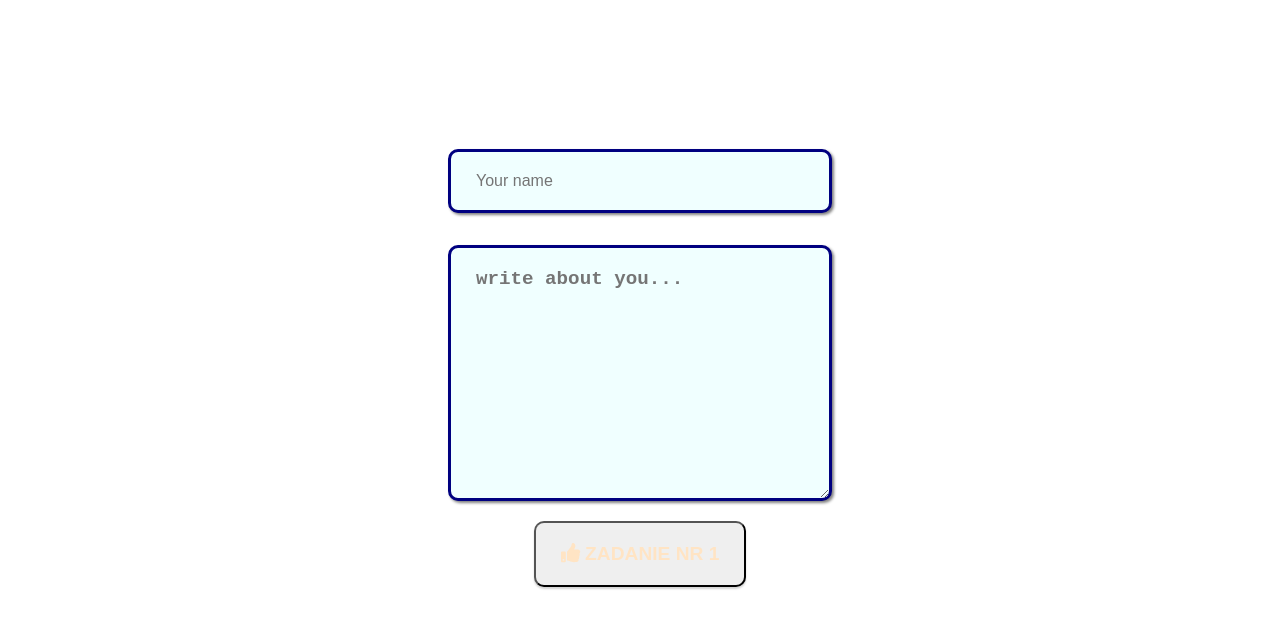
Repository: KrzysKolo/sr_tydzien3_zad_1_2_3
Page: /
The author's editor kept a copy of each file at every save. The page is drawn from the files as they stood at one save, then again after the next save.
The browser window is 1280 px wide. The pictures show the whole page.
The project was rebuilt for these pictures with package versions that can differ from the ones it lists, and the page was loaded fresh each time.

Above is the page before, as saved 2020-11-02 17:47:29.

### src/App.js
import React,  { Component } from 'react';
import { Button, Input, Textarea } from './components/Form'
import { faThumbsUp } from "@fortawesome/free-solid-svg-icons";
import './App.css';

class App extends Component {
  state = {  }

  render() {

    return (
      <div className="app">
        <Input bgColor="azure" color="navy" borderSize="3px" borderRadius="10px" borderColor="navy" placeholder="Your name" />
        <Textarea bgColor="azure" color="navy" borderSize="3px" borderRadius="10px" borderColor="navy" placeholder="write about you..." />
        <Button  bgColor="lucky point" color="bisque" label="Zadanie nr 1" icon={faThumbsUp}/>
      </div>
     );
  }
}

export default App;

### src/components/Form/index.js
export { default as Button} from "./Button";
export { default as Input} from "./Input";
export { default as Textarea} from "./Textarea";

### src/App.css
* {
  padding: 0;
  margin: 0;
  box-sizing: border-box;
}
.app {
  display: flex;
  flex-direction: column;
  justify-content: center;
  align-items: center;
  height: 100vh;
}

### src/components/Form/Button.js
import React from 'react';
import styled from 'styled-components';
import ColorPalet from './../Colors/ColorPalet'
import { FontAwesomeIcon } from '@fortawesome/react-fontawesome';
import { faAngellist } from '@fortawesome/free-brands-svg-icons';

const Button = ({label, color, bgColor, icon}) => {
    const Button = styled.button`
    background-color: ${[bgColor]};
    border-radius: 10px;
    box-shadow: 0px 2px 2px lightgray;
    color: ${[color]};
    cursor: pointer;
    font-weight: bold;
    font-size: 1.2rem;
    outline: 0;
    padding: 20px 25px;
    text-transform: uppercase;
    transition: ease background-color, color 0.6s;
    &:hover {
        background-color: ${[color]};
        color: ${[bgColor]};
    }
    `;
    return (

        <div>
            <Button >
                <FontAwesomeIcon icon={icon} /> {label}
            </Button>
        </div>
     );
}
Button.defaultProps = {
    bgColor: ColorPalet["grey porcelain"],
    color: "#FFC312",
    label: "Click me",
    icon: faAngellist,
}

export default Button;

### src/components/Form/Input.js
import React from 'react';
import styled from 'styled-components';


const Input = ({placeholder, color, bgColor, borderSize, borderRadius, borderColor}) => {
    const Input = styled.input`
    background-color: ${bgColor};
    border-radius: ${borderRadius};
    border: ${borderSize} solid ${borderColor};;
    box-shadow: 2px 2px 3px grey;
    color: ${color};
    font-size: 1rem;
    height: 5vw;
    margin: 1rem auto;
    outline: 0;
    padding: 20px 25px;
    width: 30vw;
    `;
    return (

        <div>
            <Input placeholder={ placeholder }/>
        </div>
     );
}
Input.defaultProps = {
    bgColor: "beige",
    border: "3px solid olive",
    borderRadius: "15px",
    color: "midnightblue",
    placeholder: "write...",
    }

export default Input;

### src/components/Form/Textarea.js
import React from 'react';
import styled from 'styled-components';


const Textarea = ({placeholder, color, bgColor, borderSize, borderRadius, borderColor}) => {
    const Textarea = styled.textarea`
    background-color: ${bgColor};
    border-radius: ${borderRadius};
    border: ${borderSize} solid ${borderColor};;
    box-shadow: 2px 2px 3px grey;
    color: ${color};
    font-weight: bold;
    font-size: 1.2rem;
    height: 20vw;
    margin: 1rem auto;
    outline: 0;
    padding: 20px 25px;
    width: 30vw;
    `;
    return (

        <div>
            <Textarea placeholder={ placeholder }/>
        </div>
     );
}
Textarea.defaultProps = {
    bgColor: "beige",
    border: "3px solid olive",
    borderRadius: "15px",
    color: "midnightblue",
    placeholder: "write...",
    }

export default Textarea;

### src/components/Colors/ColorPalet.js

const ColorPalet = {
    "jackson purple": "#40407a",
    "lucky point": "#2c2c54",
    "fluorescent red": "#ff5252",
    "eye of newt": "#b33939",
    "c64 purple": "#706fd3",
    liberty: "#474787",
    "synthetic pumpkin": "#ff793f",
    "chilean fire": "#cd6133",
    "swan white": "#f7f1e3",
    "hot stone": "#aaa69d",
    "crocodile tooth": "#d1ccc0",
    "grey porcelain": "#84817a",
    "summer sky": "#34ace0",
    "devil blue": "#227093",
    "mandarin sorbet": "#ffb142",
    "alamedia ochre": "#cc8e35",
    "celestial green": "#33d9b2",
    "palm springs aplash": "#218c74",
    "spiced butternut": "#218c74",
    desert: "#ccae62",

  };

  export default ColorPalet;

Loaded but not shown: public/index.html (common file); src/index.js (common file); src/index.css (common file)

After the next save:
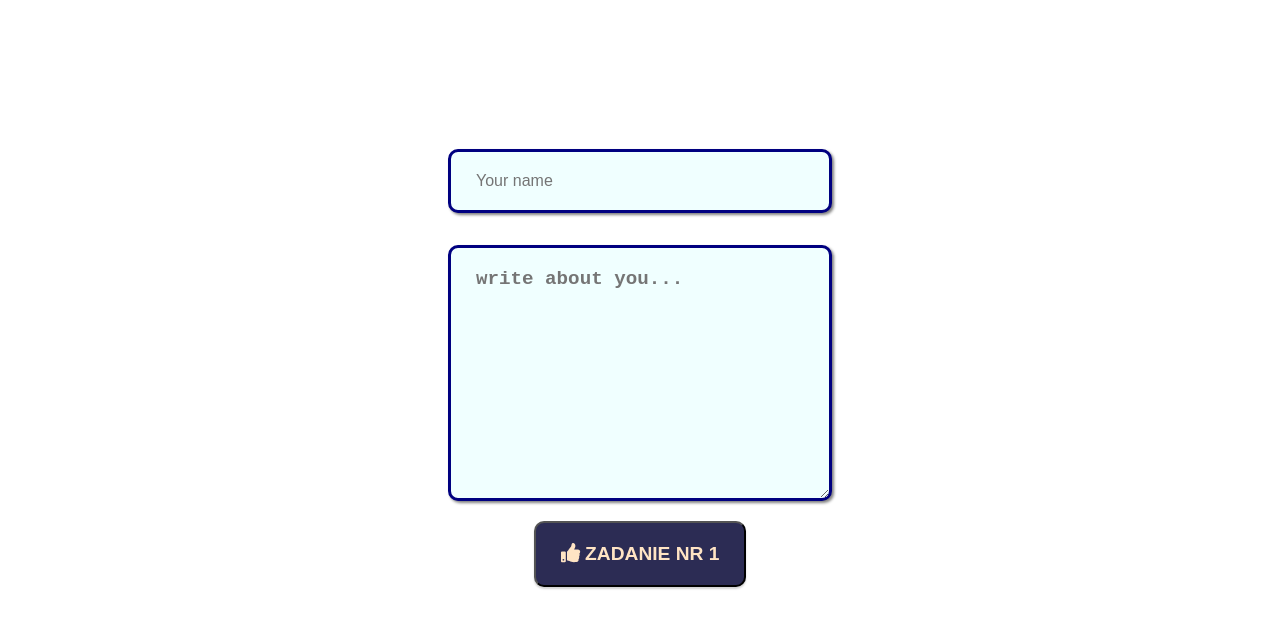
Saved 79 s later.
--- a/src/components/Form/Button.js
+++ b/src/components/Form/Button.js
@@ -6,7 +6,7 @@ import { faAngellist } from '@fortawesome/free-brands-svg-icons';
 
 const Button = ({label, color, bgColor, icon}) => {
     const Button = styled.button`
-    background-color: ${[bgColor]};
+    background-color: ${ColorPalet[bgColor]};
     border-radius: 10px;
     box-shadow: 0px 2px 2px lightgray;
     color: ${[color]};
